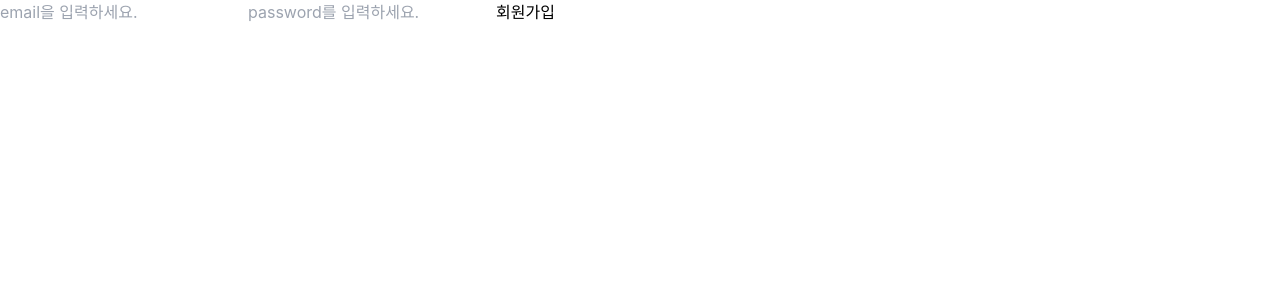
Repository: Hwang-uihyuk/wanted-pre-onboarding-frontend
Page: /signin
The author's editor kept a copy of each file at every save. The page is drawn from the files as they stood at one save, then again after the next save.
The browser window is 1280 px wide. The pictures show the whole page.
The project was rebuilt for these pictures with package versions that can differ from the ones it lists, and the page was loaded fresh each time. Also part of the build but not shown: src/App.css, src/pages/Home.jsx, src/pages/SignUp.jsx, src/pages/NotFound.jsx, src/pages/Todo.jsx.

Above is the page before, as saved 2023-02-07 22:18:22.

After the next save:
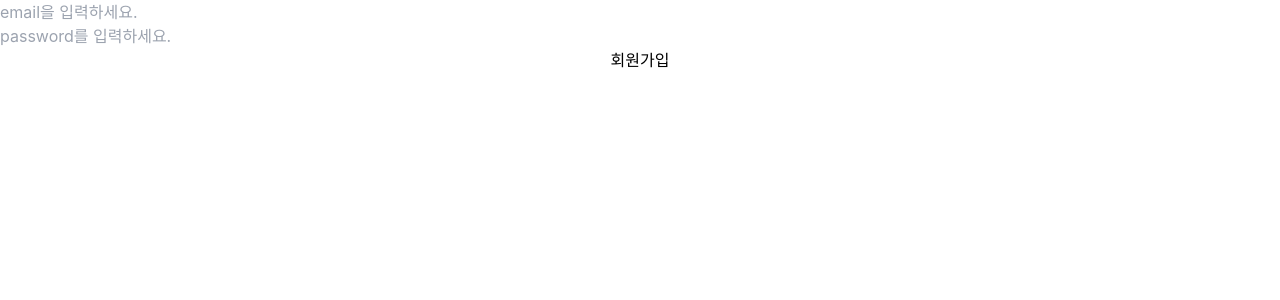
Saved 5 s later.
--- a/src/pages/SignIn.jsx
+++ b/src/pages/SignIn.jsx
@@ -58,7 +58,7 @@ export default function SignIn() {
 
   return (
     <div>
-       <form className='flex felx-col'>
+       <form className='flex flex-col'>
        <input
         data-testid="email-input"
         placeholder='email을 입력하세요.'
